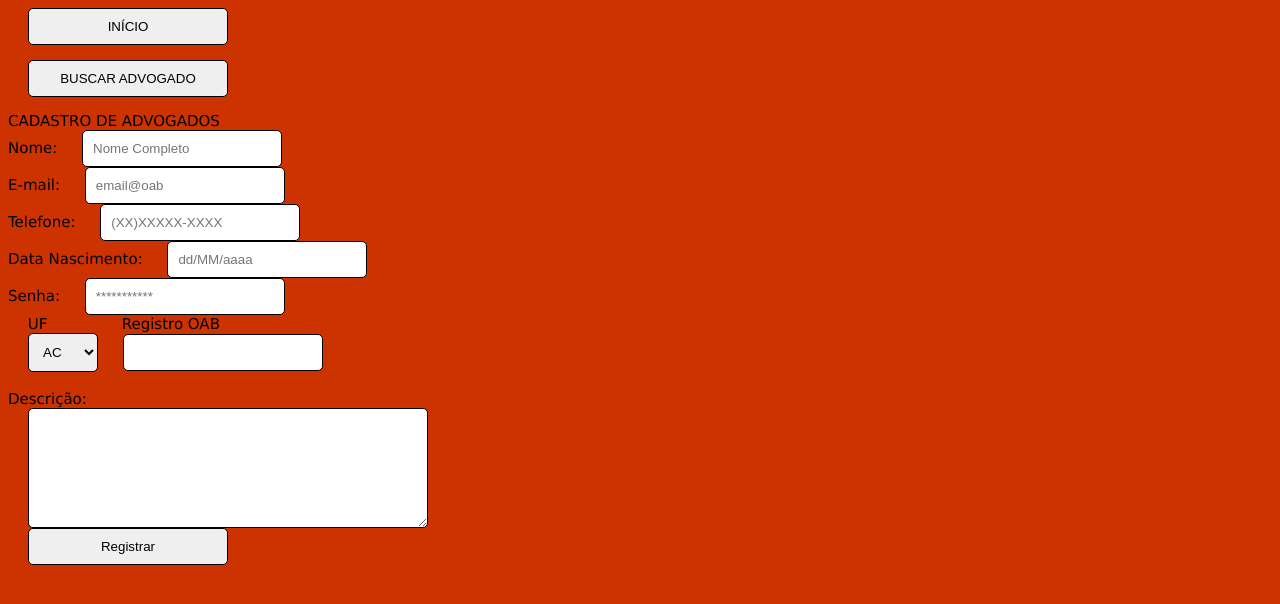
Repository: Natan16/CRUDJUSTTO
Page: http://localhost/CRUDJUSTTOWEB/adiciona-advogado.jsp
These files come from the project's save history. The page is drawn as it stood at one moment and after the next save; the edit follows.
The browser window is 1280 px wide. The pictures show the whole page.
The page is served by Tomcat 9.

Above is the page before, as saved 2019-09-01 03:13:30.

After the next save:
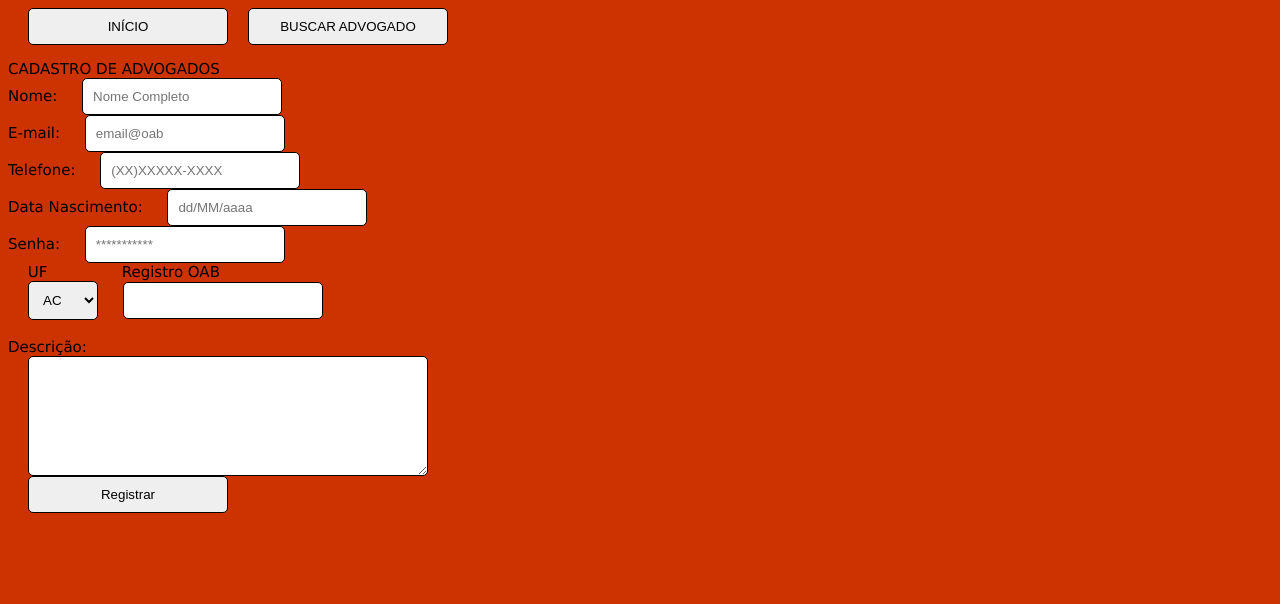
Saved 14 s later.
--- a/CRUDJUSTTOWEB/WebContent/adiciona-advogado.jsp
+++ b/CRUDJUSTTOWEB/WebContent/adiciona-advogado.jsp
@@ -9,7 +9,7 @@
 	</head>
      <body>
 
-     	<form action="index.html" method="post" >
+     	<form action="index.html" method="post" style="float:left;" >
 			<input type="submit" value="INÍCIO" >
 		</form>
 
